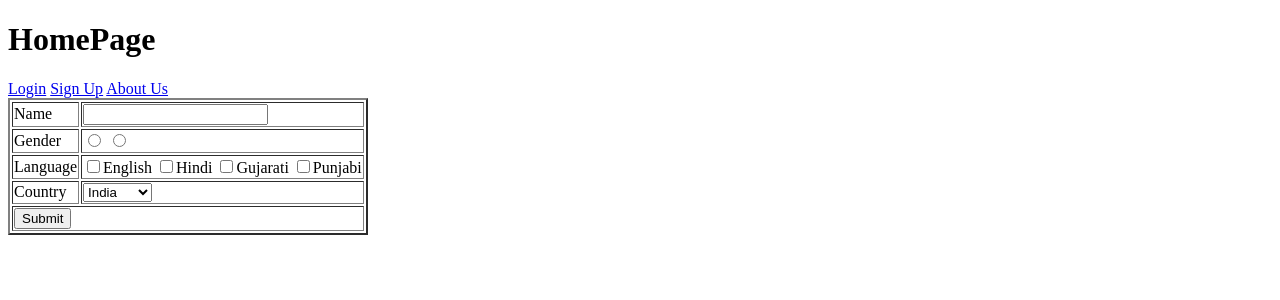
Repository: chirag555/Java_full_stack
Page: http://localhost/BasicMVC/Index.jsp
An editor plug-in stored every save of this project. The page is shown before and after the next save, followed by the edit.
The browser window is 1280 px wide. The pictures show the whole page.
The page is served by Tomcat 9.

Above is the page before, as saved 2020-02-13 07:45:25.

After the next save:
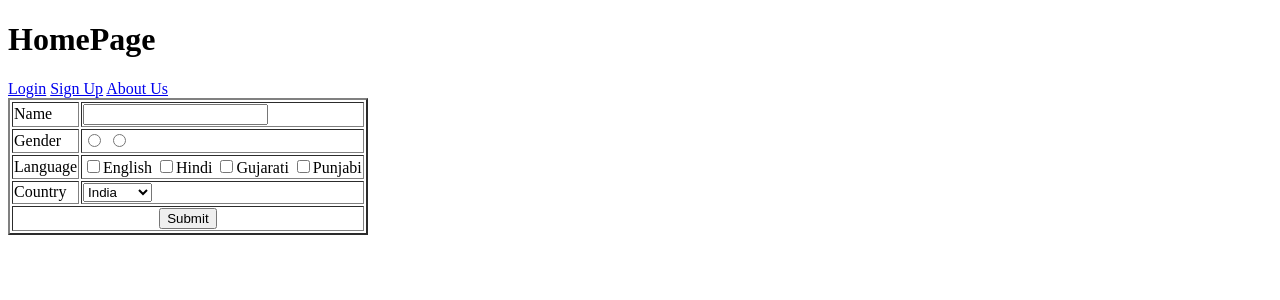
Saved 11 s later.
--- a/BasicMVC/WebContent/Index.jsp
+++ b/BasicMVC/WebContent/Index.jsp
@@ -39,8 +39,8 @@ Country</td><td><select name=country>
 </td>
 </tr>
 <tr>
-<td colspan=2>
-<input type=submit value=Submit align=center>
+<td colspan=2 align=center>
+<input type=submit value=Submit >
 </td>
 </tr>
 </table>
